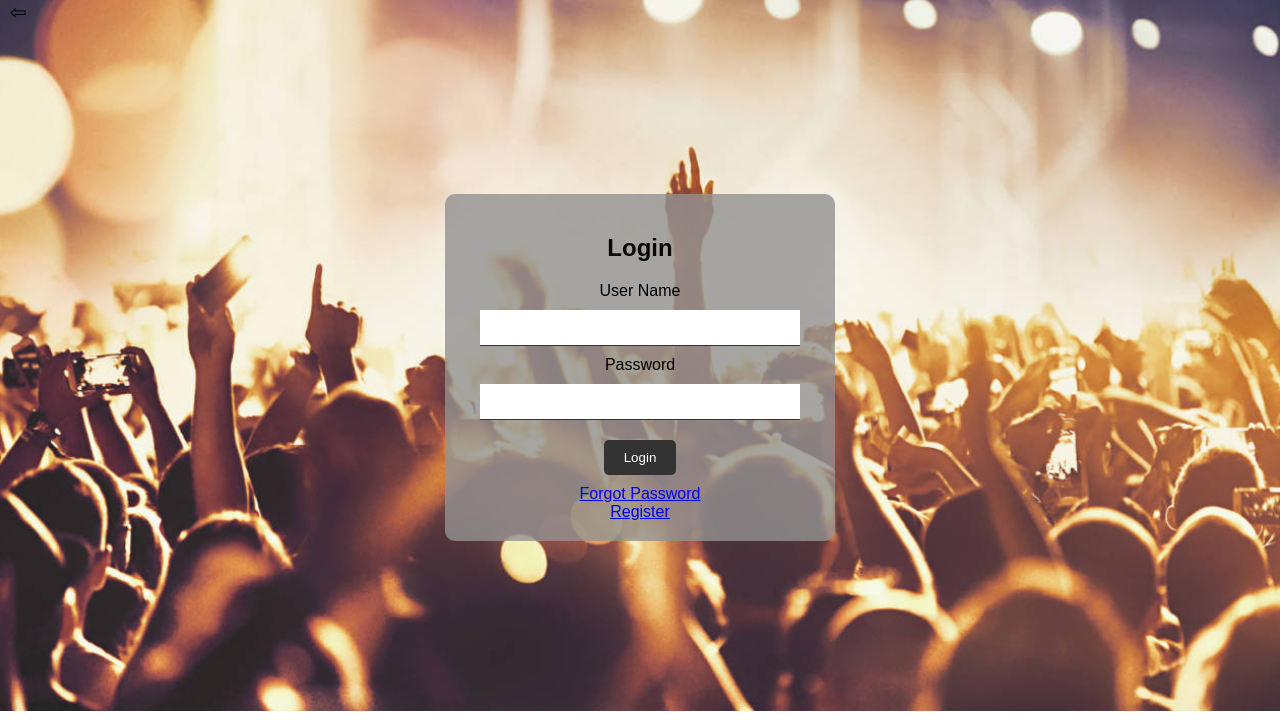
Repository: Dulankayapa/2ndyearoopprojrct
Page: http://localhost/feedback/login.jsp
An editor plug-in stored every save of this project. The page is shown before and after the next save, followed by the edit.
The browser window is 1280 px wide. The pictures show the whole page.
The page is served by Tomcat 9.

Above is the page before, as saved 2023-10-23 12:14:31.

After the next save:
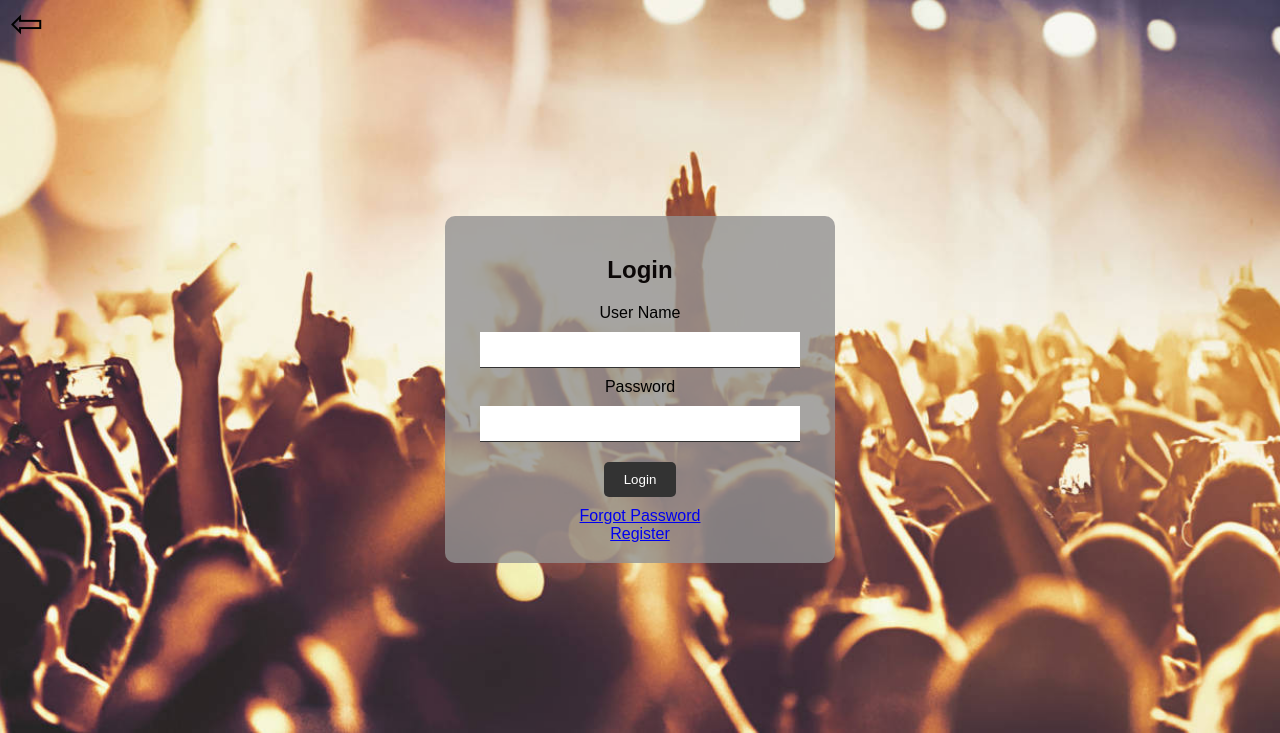
Saved 30 s later.
--- a/feedback/src/main/webapp/login.jsp
+++ b/feedback/src/main/webapp/login.jsp
@@ -55,7 +55,7 @@
         .back{
         text-align:left;
         margin-left:10px;
-        font-size: 20px;
+        font-size: 40px;
 
         }
     </style>
